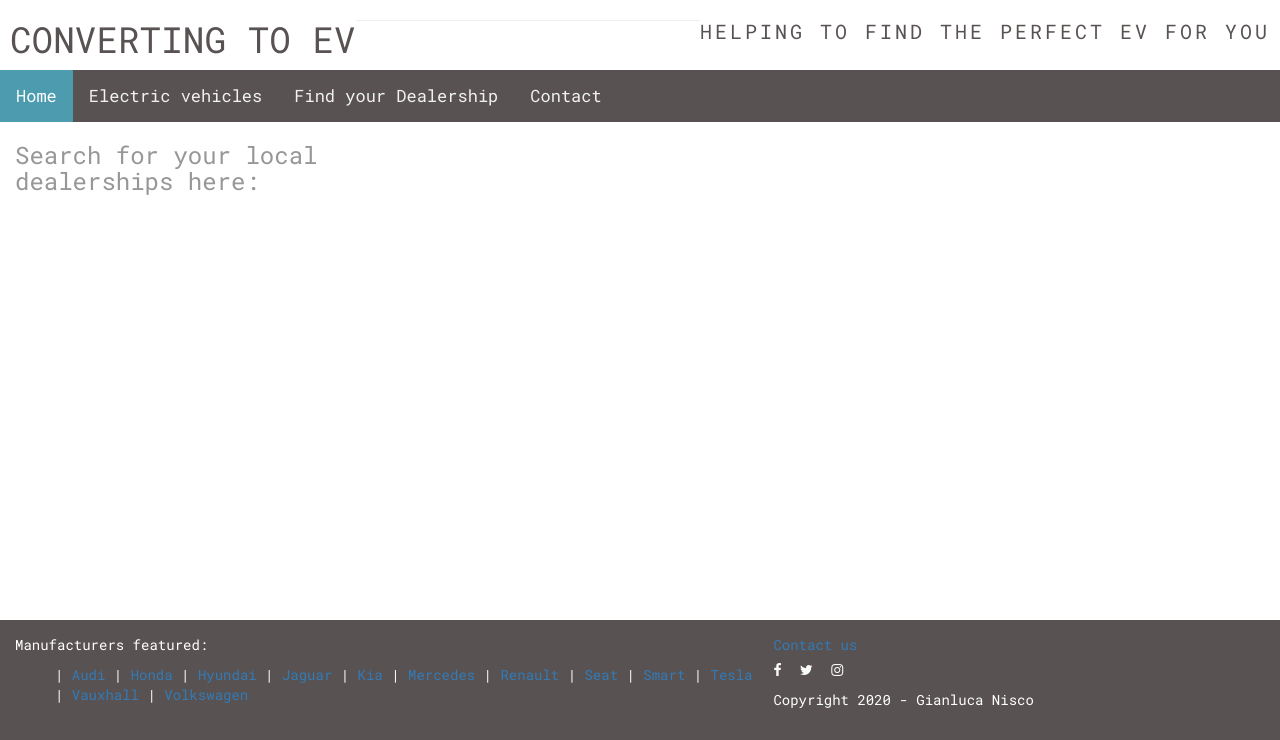
Repository: gnisco/project-2
Page: find-your-dealership.html
The author's editor kept a record of every edit. The page is drawn from the files as they stood at one moment, then again after the next edit.
The browser window is 1280 px wide. The pictures show the whole page.
Some web libraries are served in a nearby version.

Above is the page before.

After the next edit:
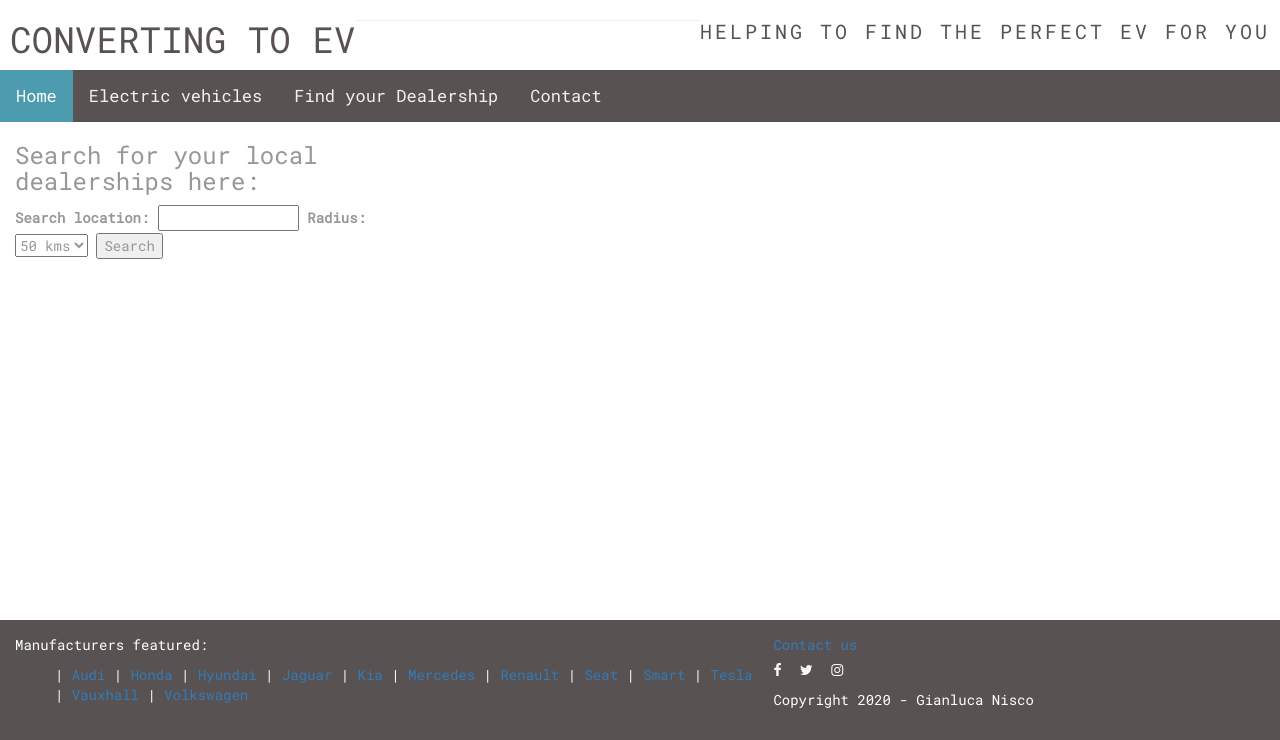
The edit:
--- a/find-your-dealership.html
+++ b/find-your-dealership.html
@@ -40,6 +40,19 @@
                             <h3 class="section-heading uppercase">Search for your local dealerships here:</h3>
                         </div>
                     </div>
+                    <div>
+                    <label for="raddressInput">Search location:</label>
+                    <input type="text" id="addressInput" size="15" />
+                    <label for="radiusSelect">Radius:</label>
+                    <select id="radiusSelect" label="Radius">
+                        <option value="50" selected>50 kms</option>
+                        <option value="30">30 kms</option>
+                        <option value="20">20 kms</option>
+                        <option value="10">10 kms</option>
+                        </select>
+                    <input type="button" id="searchButton" value="Search" />
+                    </div>
+                    <div><select id="locationSelect" style="width: 10%; visibility: hidden"></select></div>
                     <div id="map"></div>
                 </div>
             </div>
